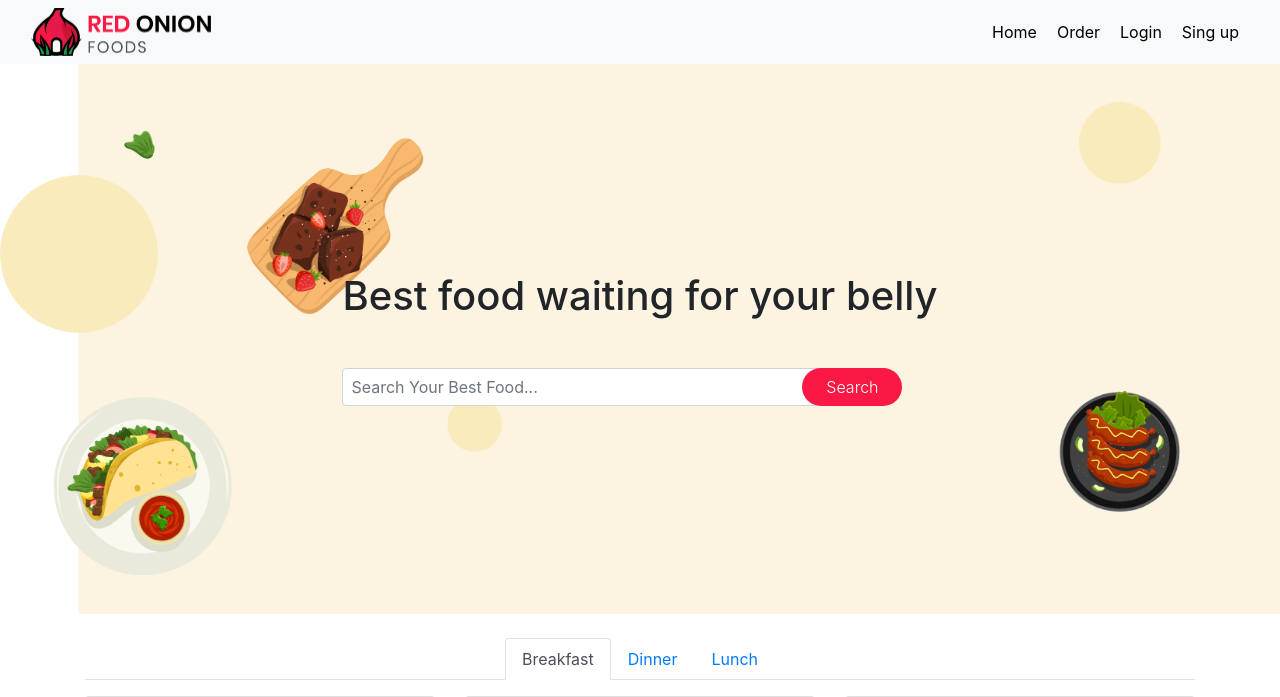
Repository: arif286/red-onion-client
Page: /home
The author's editor kept a copy of each file at every save. The page is drawn from the files as they stood at one save, then again after the next save.
The browser window is 1280 px wide. The pictures show the part of the page from y = 0 to 697 px (the page is 2826 px tall before and 1844 px after).
Pictures or frames that could not be fetched are drawn as grey boxes. The page's requests for data from a server got no answer. The project was rebuilt for these pictures with package versions that can differ from the ones it lists, and the page was loaded fresh each time. No one was signed in, and anything a server would have sent is missing. Also part of the build but not shown: src/App.css, src/components/CheckOut/CheckOut.css, src/components/CheckOut/CheckOut.js, src/components/FoodDetails/FoodDetail.css, src/components/FoodDetails/FoodDetail.js, src/components/LogIn/firebase.config.js, src/components/LogIn/LoginManager.js, src/components/LogIn/Login.css and 5 more. Imported but missing from the stored project, and not drawn on this page: src/components/CheckOut/Map/Map.

Above is the page before, as saved 2021-04-06 00:03:19.

After the next save:
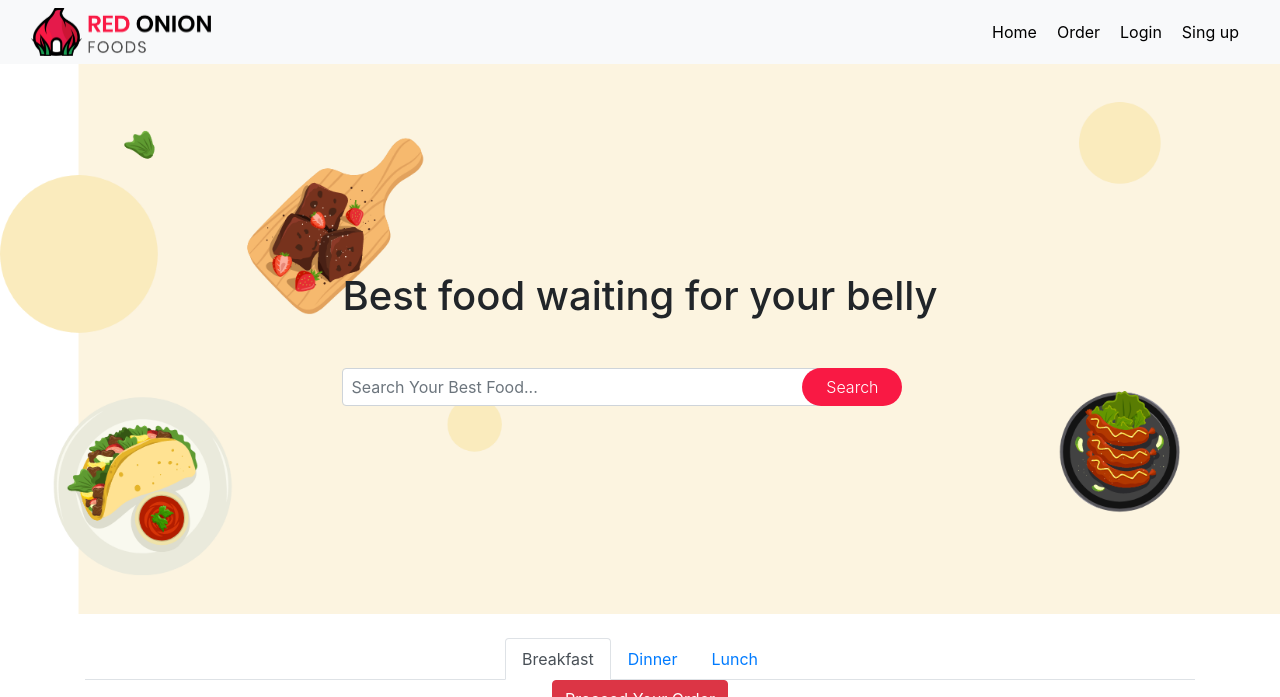
Saved 61 s later.
--- a/src/components/Food/Food.js
+++ b/src/components/Food/Food.js
@@ -3,15 +3,14 @@ import axios from "axios";
 import React, { useEffect, useState } from "react";
 import { Tab, Tabs } from "react-bootstrap";
 import { useHistory } from "react-router";
-import mockData from "../../mockData/MOCK_DATA.json";
 import "./Food.css";
 import FoodItem from "./FoodItem";
 
 const Food = () => {
-  const [foods, setFoods] = useState(mockData);
+  const [foods, setFoods] = useState([]);
   useEffect(() => {
     axios.get('http://localhost:5000/foods')
-      .then(res => console.log(res.data))
+      .then(res => setFoods(res.data))
     .catch(err=>console.log(err))
   }, []);
   let history = useHistory()
